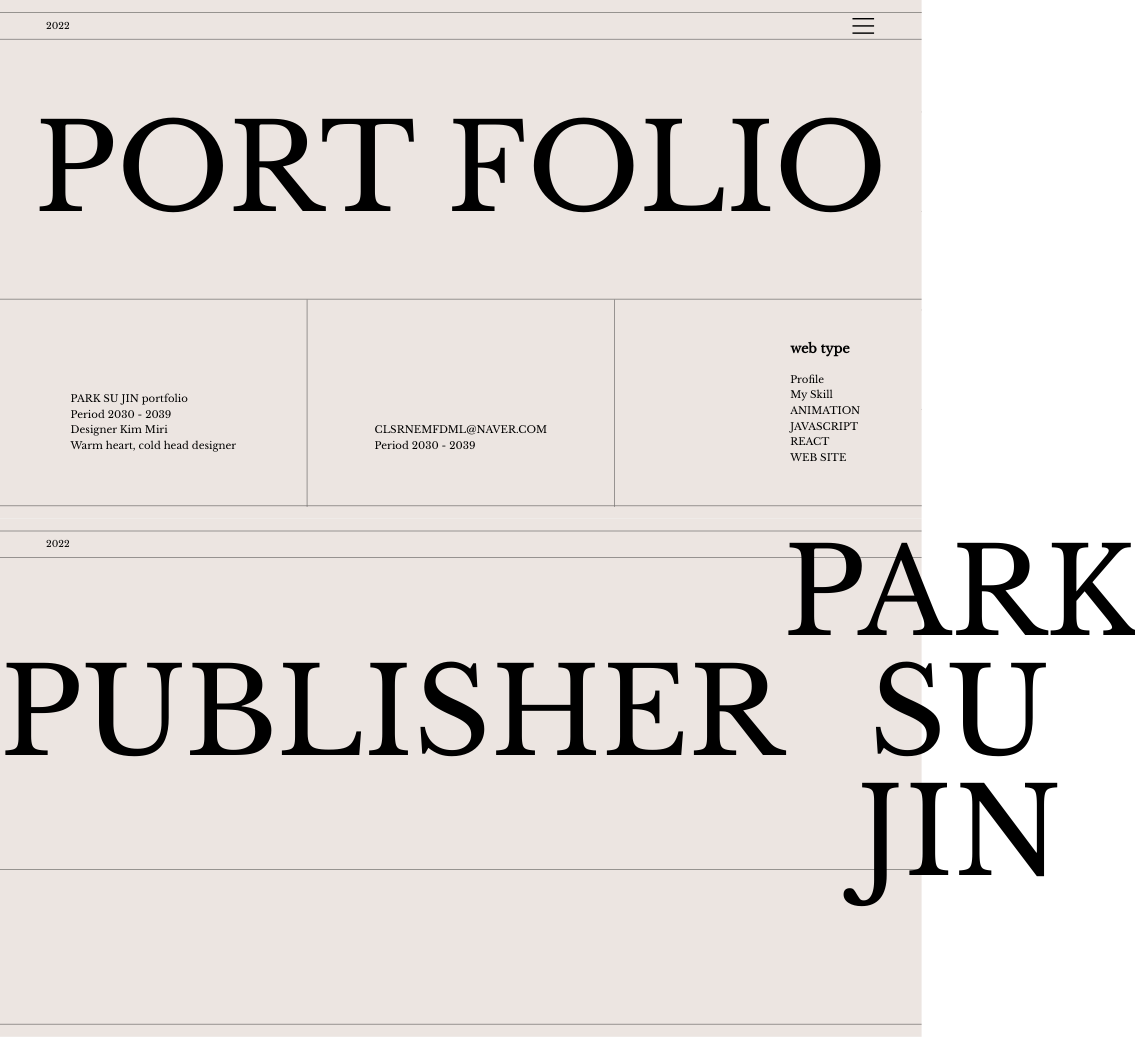
Repository: clsrnemfdml/portfolio_parksj_versiton1
Page: index.html
An editor plug-in stored every save of this project. The page is shown before and after the next save, followed by the edit.
The browser window is 1280 px wide. The page is 1577 px wide, then 1280 px, so the pictures cover 1577 px, including what lies to the right of the window. The pictures show the whole page, at 72% of full size.

Above is the page before, as saved 2021-09-14 08:17:57.

After the next save:
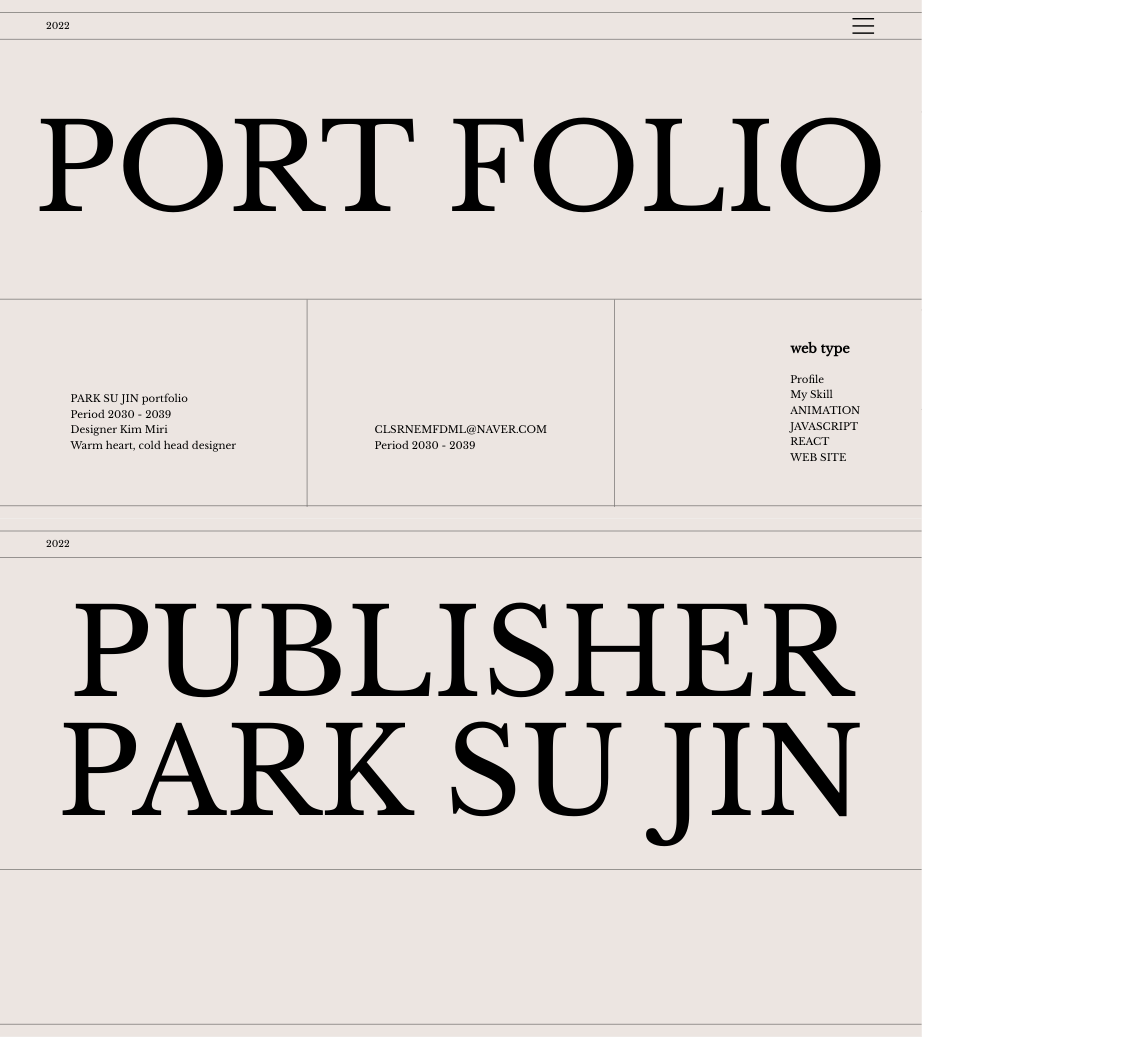
Saved 26 s later.
--- a/index.html
+++ b/index.html
@@ -68,8 +68,11 @@
                     </span>
                 </div>
                 <div class="content">
-                    <p>PUBLISHER</p>
-                    <p>PARK <span>SU JIN</span></p>
+                    <p>PUBLISHER
+
+                        PARK <span>SU JIN</span></p>
+                    </p>
+
 
                 </div>
             </div>
